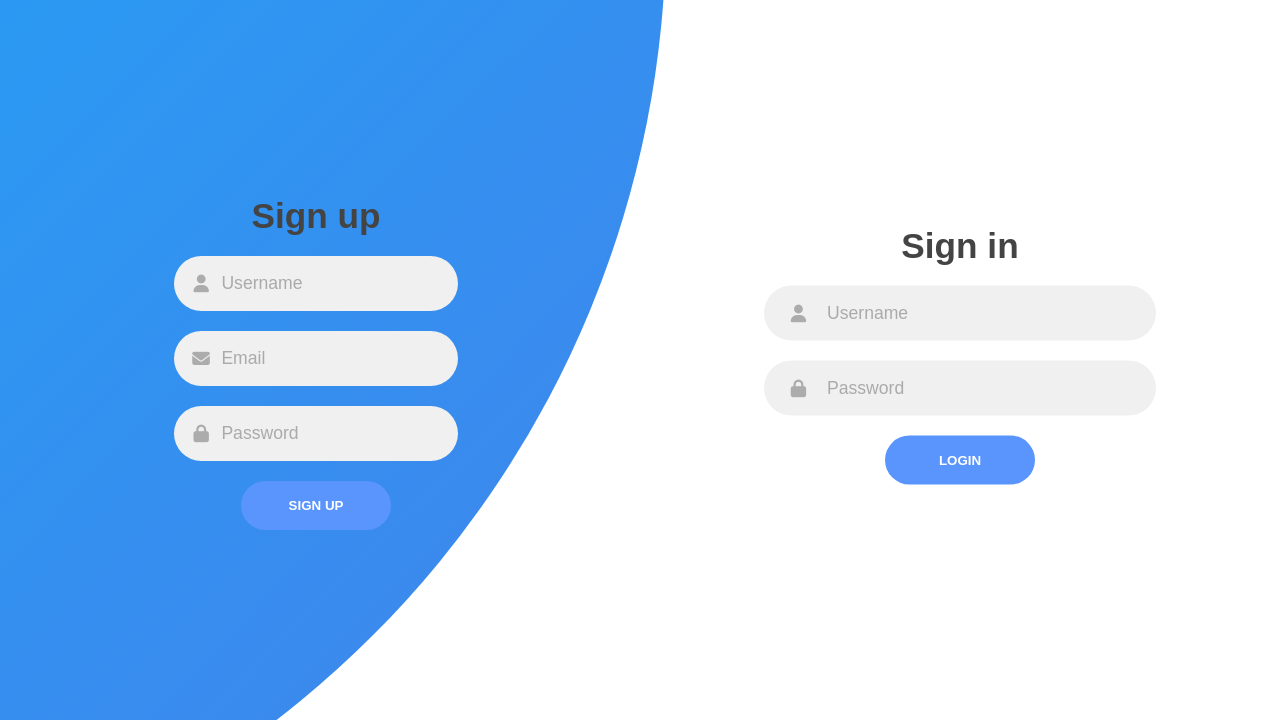
Repository: sarfaraz1611/NitteMovie.github.io
Page: login.html
The author's editor kept a copy of each file at every save. The page is drawn from the files as they stood at one save, then again after the next save.
The browser window is 1280 px wide. The pictures show the whole page.
Some web libraries are served in a nearby version.

Above is the page before, as saved 2022-07-15 23:37:01.

After the next save:
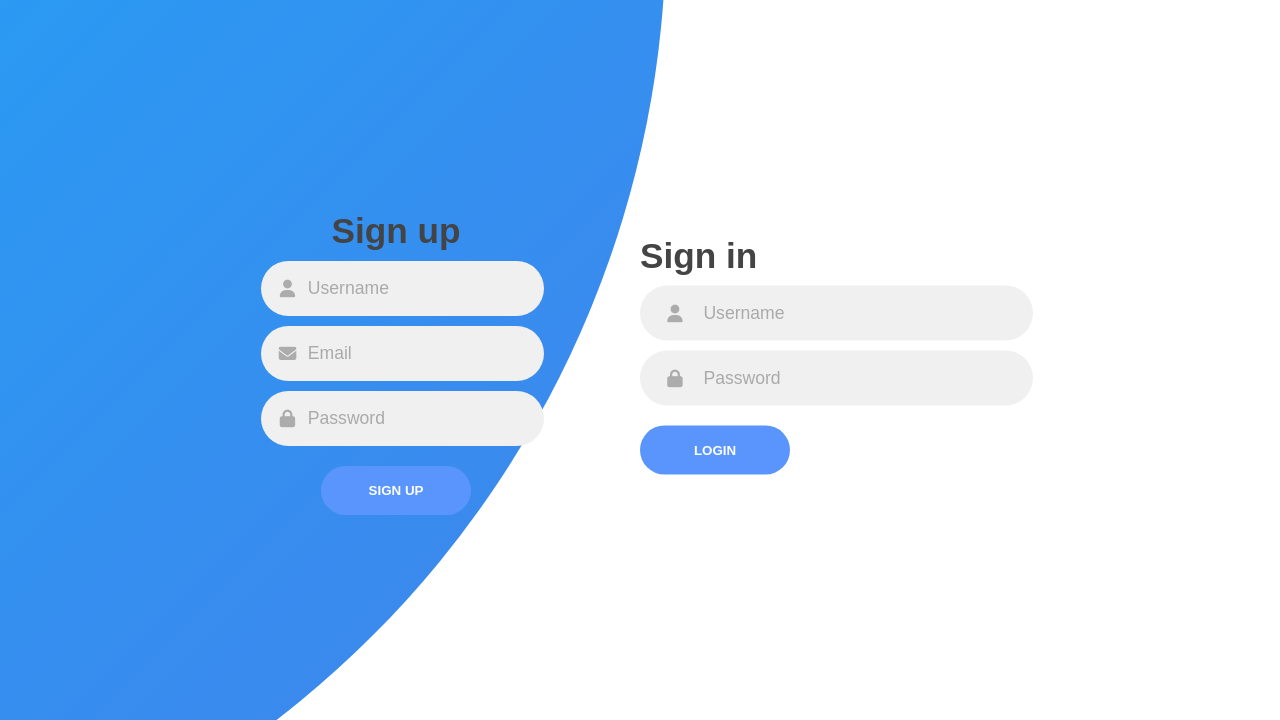
Saved 5 s later.
--- a/assets/css/main.css
+++ b/assets/css/main.css
@@ -307,7 +307,7 @@
   z-index: 5;
 }
 
-form {
+/* form {
   display: flex;
   align-items: center;
   justify-content: center;
@@ -317,7 +317,7 @@
   overflow: hidden;
   grid-column: 1 / 2;
   grid-row: 1 / 2;
-}
+} */
 
 form.sign-up-form {
   opacity: 0;

After the save that followed:
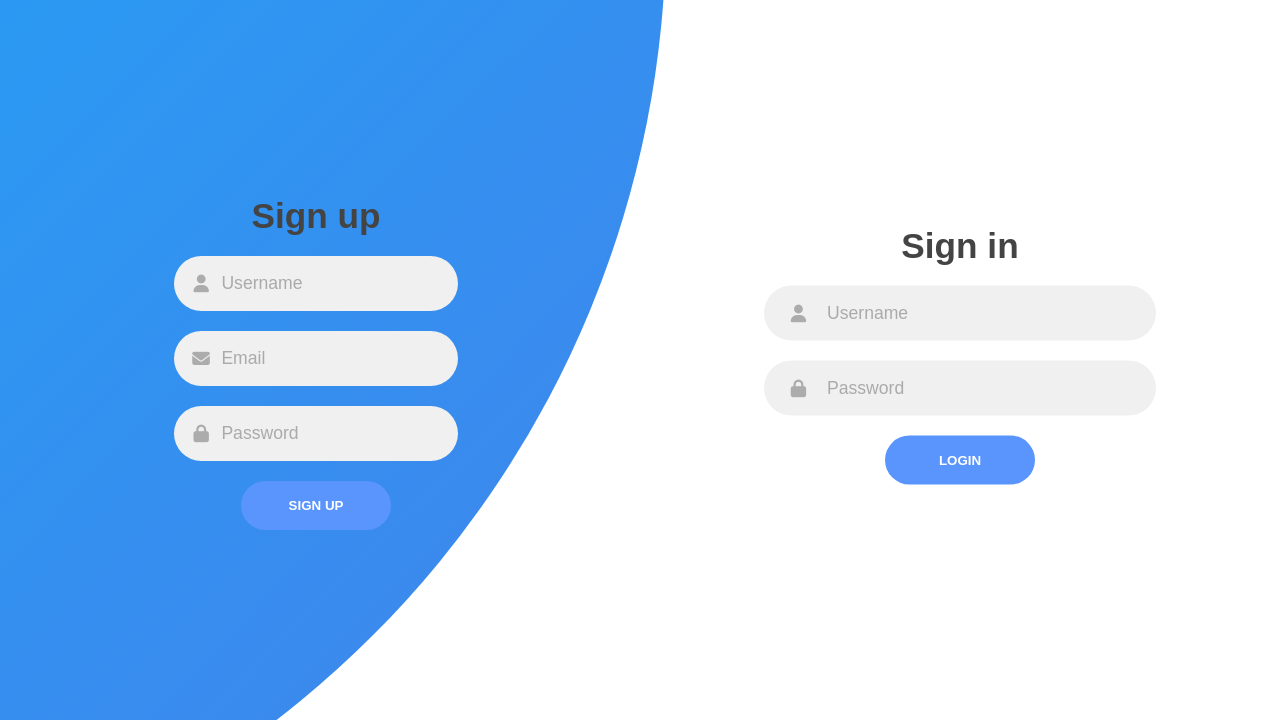
Saved 13 s later.
--- a/assets/css/main.css
+++ b/assets/css/main.css
@@ -307,7 +307,7 @@
   z-index: 5;
 }
 
-/* form {
+form {
   display: flex;
   align-items: center;
   justify-content: center;
@@ -317,7 +317,7 @@
   overflow: hidden;
   grid-column: 1 / 2;
   grid-row: 1 / 2;
-} */
+}
 
 form.sign-up-form {
   opacity: 0;
